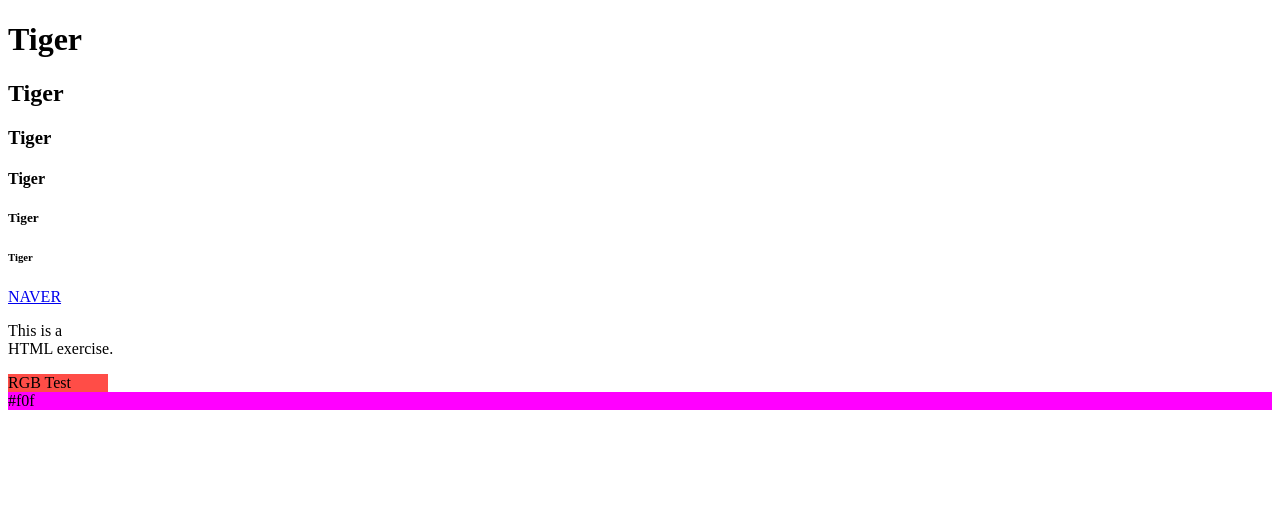
Repository: soobin10236/Class
Page: Web02/src/main/webapp/index.html
The author's editor kept a copy of each file at every save. The page is drawn from the files as they stood at one save, then again after the next save.
The browser window is 1280 px wide. The pictures show the whole page.

Above is the page before, as saved 2021-09-06 05:03:20.

After the next save:
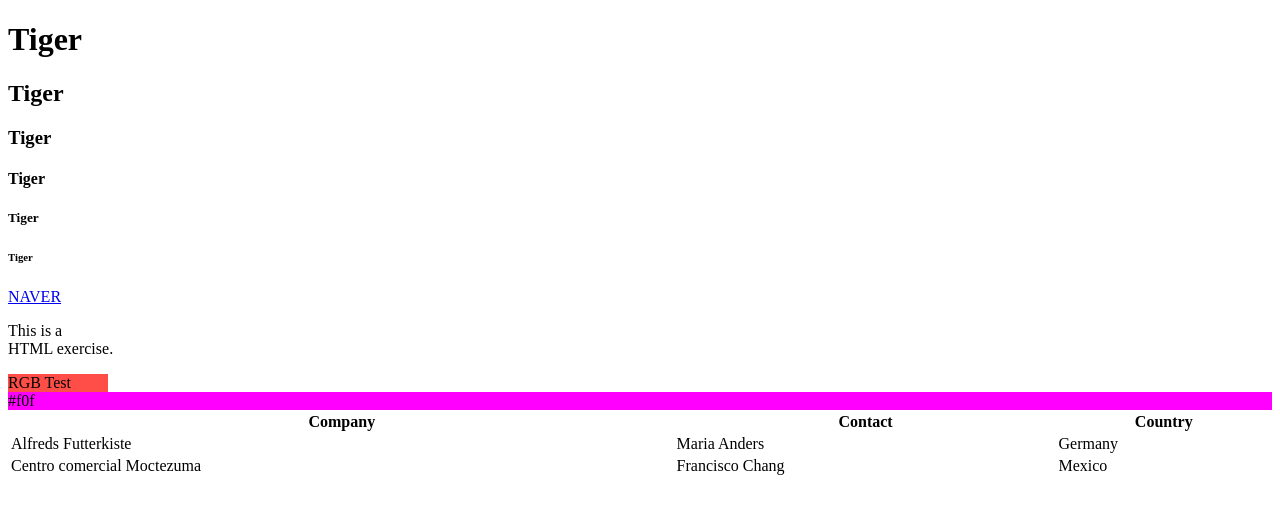
Saved 2 min 14 s later.
--- a/Web02/src/main/webapp/index.html
+++ b/Web02/src/main/webapp/index.html
@@ -16,5 +16,23 @@
 	<!-- Ctrl + Shift + / -->
 	<div style="background:rgb(255,77,71);width:100px;">RGB Test</div>
 	<div style="background:#ff00ff">#f0f</div>
+
+	<table style="width: 100%">
+		<tr>
+			<th>Company</th>
+			<th>Contact</th>
+			<th>Country</th>
+		</tr>
+		<tr>
+			<td>Alfreds Futterkiste</td>
+			<td>Maria Anders</td>
+			<td>Germany</td>
+		</tr>
+		<tr>
+			<td>Centro comercial Moctezuma</td>
+			<td>Francisco Chang</td>
+			<td>Mexico</td>
+		</tr>
+	</table>
 </body>
 </html>
